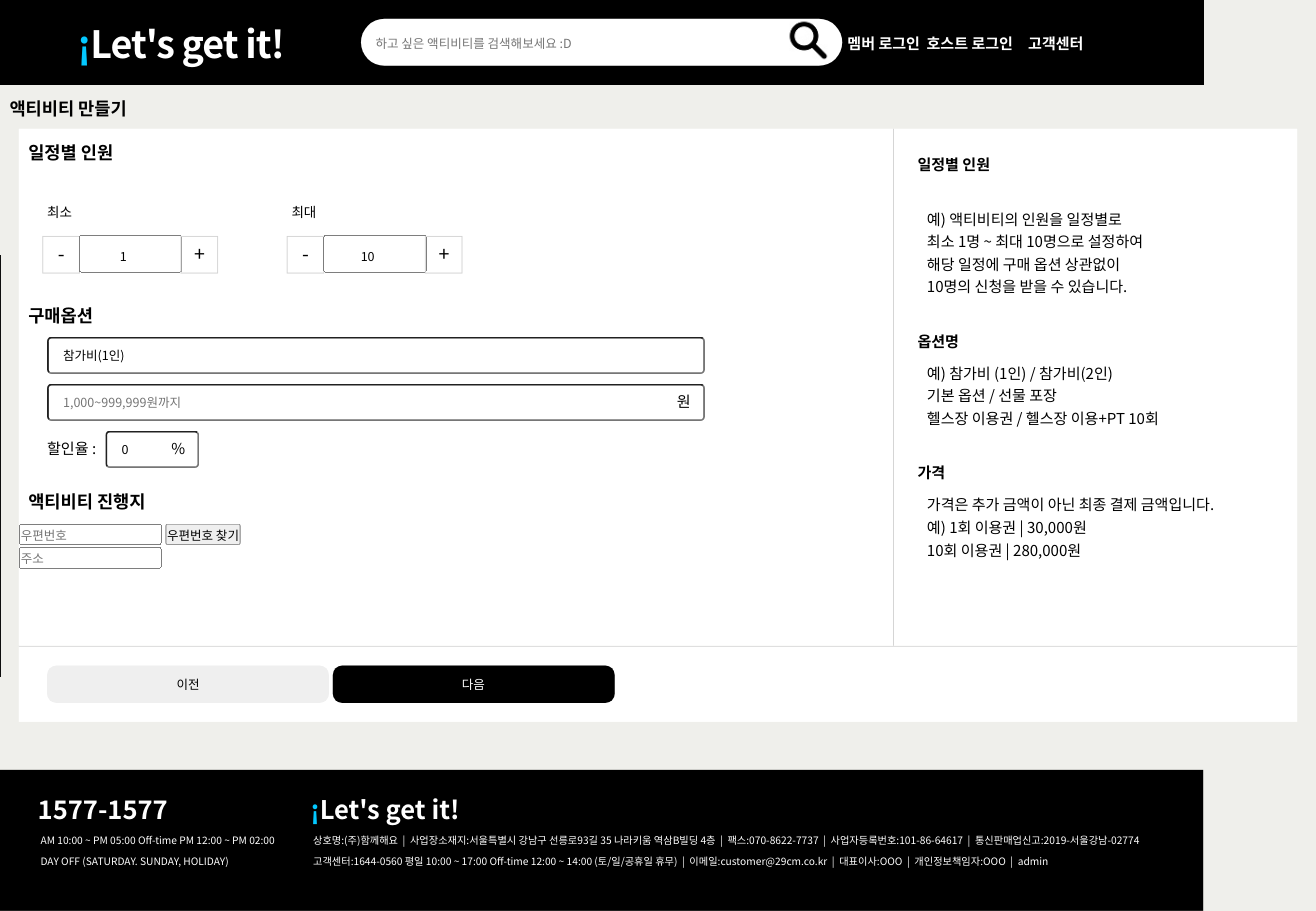
Repository: KiHyo-Tak/2stTeam
Page: http://localhost/2nd_Project_LetsGetIt/WEB-INF/views/activity/memberCntForm.jsp
The author's editor kept a copy of each file at every save. The page is drawn from the files as they stood at one save, then again after the next save.
The browser window is 1280 px wide. The page is 1400 px wide, so the pictures cover 1400 px, including what lies to the right of the window. The pictures show the whole page, at 94% of full size.
Some web fonts or font styles are not loaded; a fallback is used. The page is served by Tomcat 9. Nobody is signed in. The template is opened directly, without the code that normally fills it, so the values that code supplies are empty.

Above is the page before, as saved 2020-04-29 06:00:42.

After the next save:
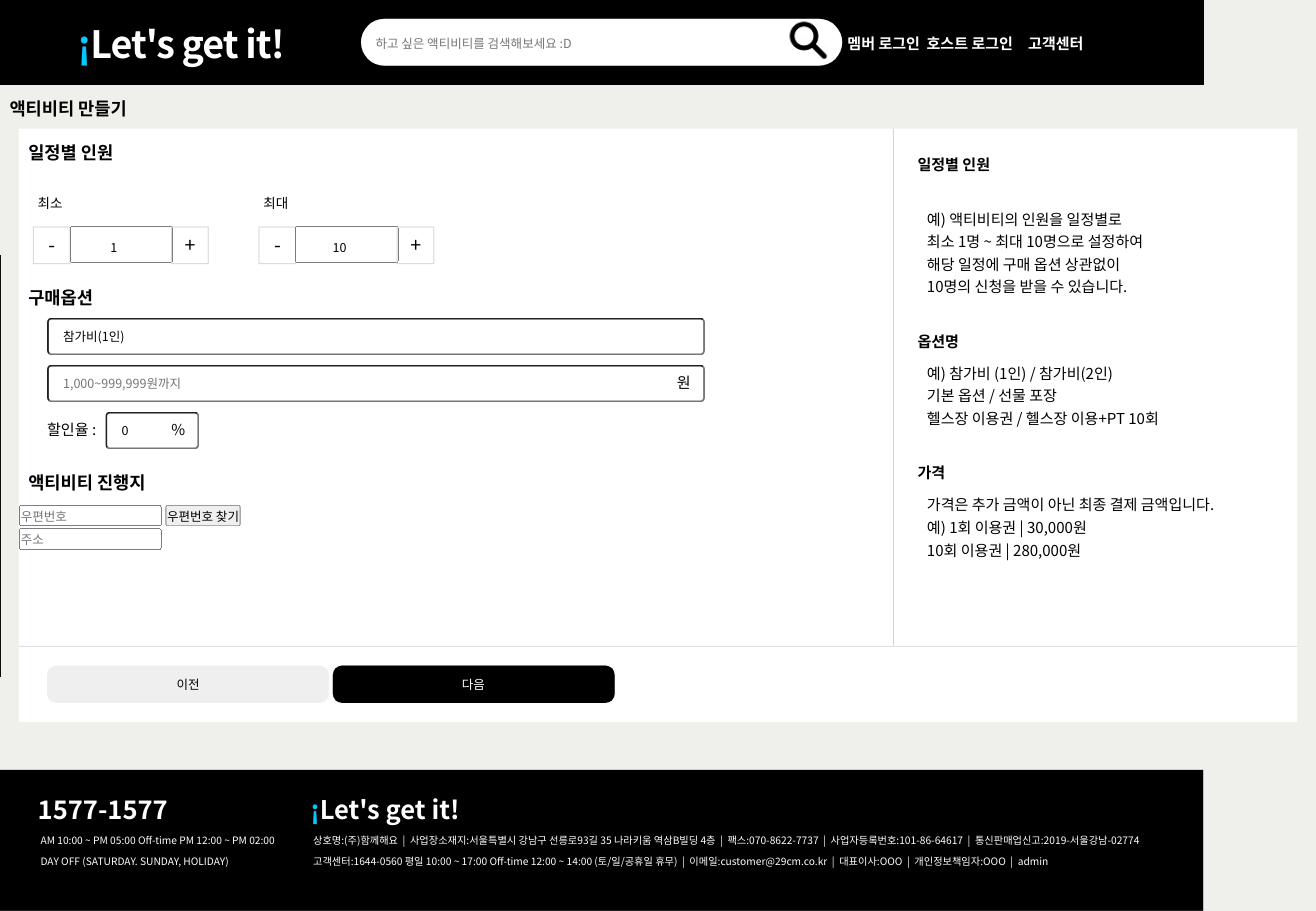
Saved 20 s later.
--- a/2nd_Project_LetsGetIt/src/main/webapp/css/memberCntForm.css
+++ b/2nd_Project_LetsGetIt/src/main/webapp/css/memberCntForm.css
@@ -22,7 +22,7 @@ body {
 	#memberCnt #left .cnt {
 		float:left;
 		width:200px;
-		margin:30px;
+		margin:20px;
 	}
 	#memberCnt #left .cnt p {
 		margin-bottom:15px;
